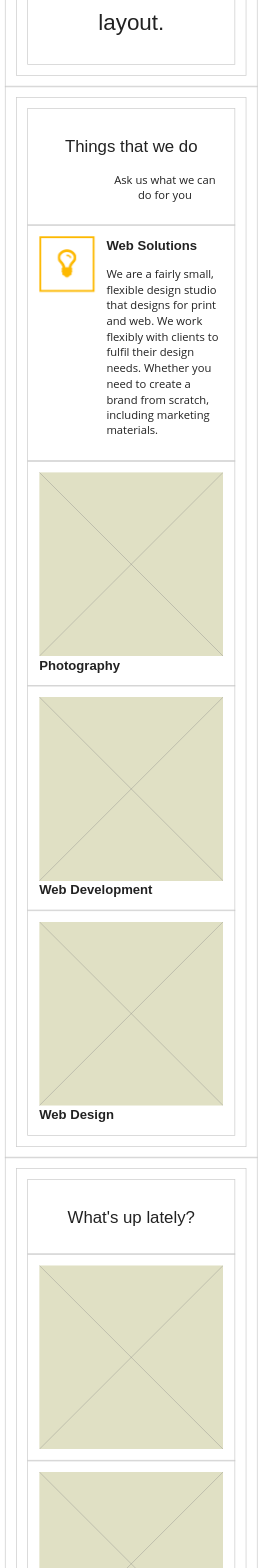
Repository: lpcmendoza/LAB02BF_Group9
Page: index.html
These files come from the project's save history. The page is drawn as it stood at one moment and after the next save; the edit follows.
The browser window is 375 px wide. The pictures show the part of the page from y = 912 to 3152 px (the page is 6952 px tall before and 6930 px after), at 70% of full size.

Above is the page before, as saved 2024-02-11 21:23:52.

### index.html
<!doctype html>
<html class="no-js" lang="en">

<head>
  <meta charset="utf-8">
  <meta name="viewport" content="width=device-width, initial-scale=1">
  <title>Metrolics</title>
  <link rel="stylesheet" href="css/style.css">
  <meta name="description" content="Group Blog">

  <meta property="og:title" content="Metrolics">
  <meta property="og:type" content="website">
  <meta property="og:url" content="">
  <meta property="og:image" content="">

  <link rel="icon" href="/favicon.ico" sizes="any">
  <link rel="icon" href="/icon.svg" type="image/svg+xml">
  <link rel="apple-touch-icon" href="icon.png">

  <link rel="manifest" href="site.webmanifest">
  <meta name="theme-color" content="#fafafa">
</head>

<body>

  <header class="page-header page-header-home">
    <div class="inner-container">
      <div class="content-container">
        <h1>Metrolics</h1>
      </div>
      <div class="content-container">
        <button class="navigation-button">Home</button>
        <button class="navigation-button">Pages</button>
        <button class="navigation-button">Portfolio</button>
        <button class="navigation-button">Blog</button>
        <button class="navigation-button">E-mail</button>
      </div>
    </div>
  </header>

  <div class="section section-image">
    <div class="inner-container">
      <div class="content-container">
        <img src="img/placeholder.svg" alt="placeholder image">
      </div>
    </div>
  </div>

  <div class="section section-title">
    <div class="inner-container">
      <div class="content-container">
        <h1>Hey guys! This is the Metrolics theme. It sports a responsive layout with a mobile layout.</h1>
      </div>
    </div>
  </div>

  <div class="section section-ourthings">
    <div class="inner-container">
      <div class="what-we-do-container-header">
        <h2>Things that we do</h2>
        <p>Ask us what we can do for you</p>
      </div>
      <div class="what-we-do-container-body">
        <img class="icons" src="img/icon-web-solutions.png" alt="Web Solutions Icon">
        <h3>Web Solutions</h3>
        <p>We are a fairly small, flexible design studio that designs for print and web. We work flexibly with clients to fulfil their design needs. Whether you need to create a brand from scratch, including marketing materials.</p>
      </div>
      <div class="content-container">
        <img src="img/placeholder.svg" alt="placeholder image">
        <h3>Photography</h3>
      </div>
      <div class="content-container">
        <img src="img/placeholder.svg" alt="placeholder image">
        <h3>Web Development</h3>
      </div>
      <div class="content-container">
        <img src="img/placeholder.svg" alt="placeholder image">
        <h3>Web Design</h3>
      </div>
    </div>
  </div>

  <div class="section section-news">
    <div class="inner-container">
      <div class="content-container">
        <h2>What's up lately?</h2>
      </div>
      <div class="content-container">
        <img src="img/placeholder.svg" alt="placeholder image">
      </div>
      <div class="content-container">
        <img src="img/placeholder.svg" alt="placeholder image">
      </div>
      <div class="content-container">
        <img src="img/placeholder.svg" alt="placeholder image">
      </div>
    </div>
  </div>

  <div class="section section-projects">
    <div class="inner-container">
      <div class="content-container">
        <h2>Our latest projects</h2>
      </div>
      <div class="content-container">
        <img src="img/placeholder.svg" alt="placeholder image">
      </div>
      <div class="content-container">
        <img src="img/placeholder.svg" alt="placeholder image">
      </div>
      <div class="content-container">
        <img src="img/placeholder.svg" alt="placeholder image">
      </div>
      <div class="content-container">
        <img src="img/placeholder.svg" alt="placeholder image">
      </div>
      <div class="content-container">
        <img src="img/placeholder.svg" alt="placeholder image">
      </div>
      <div class="content-container">
        <img src="img/placeholder.svg" alt="placeholder image">
      </div>
    </div>
  </div>

  <div class="section section-things">
    <div class="inner-container">
      <div class="content-container">
        <h2>Things of above</h2>
      </div>
      <div class="content-container">
        <p>content</p>
      </div>
      <div class="content-container">
        <p>content</p>
      </div>
    </div>
  </div>

  <div class="section section-clients">
    <div class="inner-container">
      <div class="content-container">
        <p>client</p>
      </div>
      <div class="content-container">
        <p>client</p>
      </div>
      <div class="content-container">
        <p>client</p>
      </div>
      <div class="content-container">
        <p>client</p>
      </div>
      <div class="content-container">
        <p>client</p>
      </div>
    </div>
  </div>

  <footer>
    <div class="page-footer page-footer-home">
      <div class="inner-container">
        <div class="content-container">
          <h2>footer</h2>
        </div>
        <div class="content-container">
          <p>content</p>
        </div>
        <div class="content-container">
          <p>content</p>
        </div>
        <div class="content-container">
          <p>content</p>
        </div>
        <div class="content-container">
          <p>content</p>
        </div>
      </div>
    </div>
  </footer>

  <script src="js/app.js"></script>

</body>

</html>

### css/style.css
/* ==========================================================================
    [Table of contents]

    1. BASE
        1.1 Page Rendering Defaults
        1.2 Core Styling
        1.3 Typography
    2. LAYOUT
        2.1 Core Layout
        2.2 Small only
        2.3 medium and up
        2.4 Medium only
        2.5 large screens and up
        2.6 Large only
    3. MODULES
    4. STATES
    5. THEME
    6. UTILITY classes
    7. PRINT

    refer to http://smacss.com/
    ========================================================================== */


/* ==========================================================================
   BASE
   ========================================================================== */


/* 1.1 Page Rendering Defaults */

html {
  color: #222;
  font-size: 1em;
  line-height: 1.4;
}

/*
* Remove text-shadow in selection highlight:
* https://twitter.com/miketaylr/status/12228805301
*
* Customize the background color to match your design.
*/

::-moz-selection {
background: #b3d4fc;
text-shadow: none;
}

::selection {
background: #b3d4fc;
text-shadow: none;
}

/*
* A better looking default horizontal rule
*/

hr {
display: block;
height: 1px;
border: 0;
border-top: 1px solid #ccc;
margin: 1em 0;
padding: 0;
}

/*
* Remove the gap between audio, canvas, iframes,
* images, videos and the bottom of their containers:
* https://github.com/h5bp/html5-boilerplate/issues/440
*/

audio,
canvas,
iframe,
img,
svg,
video {
vertical-align: middle;
}

/*
* Remove default fieldset styles.
*/

fieldset {
border: 0;
margin: 0;
padding: 0;
}

/*
* Allow only vertical resizing of textareas.
*/

textarea {
resize: vertical;
}

/* 1.2 Core Styling */

/* refer to https://css-tricks.com/box-sizing/ */
*,
*:before,
*:after {
  box-sizing: border-box;
}

img {
  width: 100%;
}


/* 1.3 Typgraphy */

h1,
h2,
h3,
h4,
h5,
h6 {
  font-family: Ubuntu, sans-serif;
  font-weight: 300;
  text-align: center;
}

p {
  font-family: 'Open Sans', Arial, Helvetica, sans-serif;
}


/* ==========================================================================
 2. LAYOUT
 ========================================================================== */


/* Helper to display empty layout containers*/

div,
main,
section,
footer,
header {
  outline: 1px solid #ccc;
  min-height: 1rem;
  padding: 1rem;
}


/* 2.1 Core layout */

.row {
  display: grid;
  row-gap: 1rem;
}

.col {
  position: relative;
  background-color: rgb(242, 230, 177);
}


/* ==========================================================================
 EXAMPLE Media Queries for Responsive Design.
 These examples override the primary ('mobile first') styles.
 Modify as content requires.
 Taken from https://get.foundation/sites/docs-v5/media-queries.html
 (the latest version is adjusted and no longer matches the ones used below)
 ========================================================================== */


/* 2.2 Small only */

@media screen and (max-width: 39.9375em) {
  .s-hide {
      display: none;
  }

  .what-we-do-container-header {
    align-content: center;
    text-align: center;
  }

  .icons {
      max-width: 5em;
      max-height: 5em;
      float: left;
      margin-right: 1em;
  }

  h3 {
      text-align: left;
      margin: 0;
      font-weight: bold;
  }

  p {
    margin-left: 6em;
  }

  .what-we-do-container-body {
      text-align: left;
  }
}


/* 2.3 medium and up */

@media screen and (min-width: 40em) {
  .row {
      max-width: 70rem;
      column-gap: 1.5rem;
      row-gap: 1.5rem;
      margin: 0 auto;
  }
  .grid {
      display: grid;
      column-gap: 0.5rem;
      row-gap: 0.5rem;
  }
  .m-col-2 {
      grid-template-columns: 1fr 1fr;
  }
  .m-col-3 {
      grid-template-columns: repeat(3, 1fr);
  }
  .m-col-4 {
      grid-template-columns: repeat(4, 1fr);
  }
  .m-col-5 {
      grid-template-columns: repeat(5, 1fr);
  }
  .m-1-2 {
      grid-template-columns: 1fr 2fr;
  }
}


/* 2.4 Medium only */

@media screen and (min-width: 40em) and (max-width: 63.9375em) {
  .m-row-span {
      grid-column-start: 1;
      grid-column-end: -1;
  }
  .m-hide {
      display: none;
  }
}


/* 2.5 large screens and up 2.6 Large only */

@media screen and (min-width: 64em) {
  .l-col-2 {
      grid-template-columns: 1fr 1fr;
  }
  .l-col-3 {
      grid-template-columns: repeat(3, 1fr);
  }
  .l-col-4 {
      grid-template-columns: repeat(4, 1fr);
  }
  .l-col-5 {
      grid-template-columns: repeat(5, 1fr);
  }
  .l-col-6 {
      grid-template-columns: repeat(6, 1fr);
  }
  .l-row-span {
      grid-column-start: 1;
      grid-column-end: -1;
  }
  .l-hide {
      display: none;
  }
}


/* ==========================================================================
 2. MODULES
 ========================================================================== */


/* ==========================================================================
 2. STATES
 ========================================================================== */


/* ==========================================================================
 2. THEME
 ========================================================================== */


/* ==========================================================================
 6. UTILITY classes
 ========================================================================== */
/*
* Hide visually and from screen readers
*/

.hidden,
[hidden] {
display: none !important;
}

/*
* Hide only visually, but have it available for screen readers:
* https://snook.ca/archives/html_and_css/hiding-content-for-accessibility
*
* 1. For long content, line feeds are not interpreted as spaces and small width
*    causes content to wrap 1 word per line:
*    https://medium.com/@jessebeach/beware-smushed-off-screen-accessible-text-5952a4c2cbfe
*/

.visually-hidden {
border: 0;
clip: rect(0, 0, 0, 0);
height: 1px;
margin: -1px;
overflow: hidden;
padding: 0;
position: absolute;
white-space: nowrap;
width: 1px;
/* 1 */
}

/*
* Extends the .visually-hidden class to allow the element
* to be focusable when navigated to via the keyboard:
* https://www.drupal.org/node/897638
*/

.visually-hidden.focusable:active,
.visually-hidden.focusable:focus {
clip: auto;
height: auto;
margin: 0;
overflow: visible;
position: static;
white-space: inherit;
width: auto;
}

/*
* Hide visually and from screen readers, but maintain layout
*/

.invisible {
visibility: hidden;
}

/*
* Clearfix: contain floats
*
* The use of `table` rather than `block` is only necessary if using
* `::before` to contain the top-margins of child elements.
*/

.clearfix::before,
.clearfix::after {
content: "";
display: table;
}

.clearfix::after {
clear: both;
}

@media print,
(-webkit-min-device-pixel-ratio: 1.25),
(min-resolution: 1.25dppx),
(min-resolution: 120dpi) {
/* Style adjustments for high resolution devices */
}

/* ==========================================================================
 Print styles.
 Inlined to avoid the additional HTTP request:
 https://www.phpied.com/delay-loading-your-print-css/
 ========================================================================== */

@media print {
*,
*::before,
*::after {
  background: #fff !important;
  color: #000 !important;
  /* Black prints faster */
  box-shadow: none !important;
  text-shadow: none !important;
}

a,
a:visited {
  text-decoration: underline;
}

a[href]::after {
  content: " (" attr(href) ")";
}

abbr[title]::after {
  content: " (" attr(title) ")";
}

/*
 * Don't show links that are fragment identifiers,
 * or use the `javascript:` pseudo protocol
 */
a[href^="#"]::after,
a[href^="javascript:"]::after {
  content: "";
}

pre {
  white-space: pre-wrap !important;
}

pre,
blockquote {
  border: 1px solid #999;
  page-break-inside: avoid;
}

tr,
img {
  page-break-inside: avoid;
}

p,
h2,
h3 {
  orphans: 3;
  widows: 3;
}

h2,
h3 {
  page-break-after: avoid;
}
}

Loaded but not shown: js/app.js (no stored copy; drawn as an empty file)

After the next save:
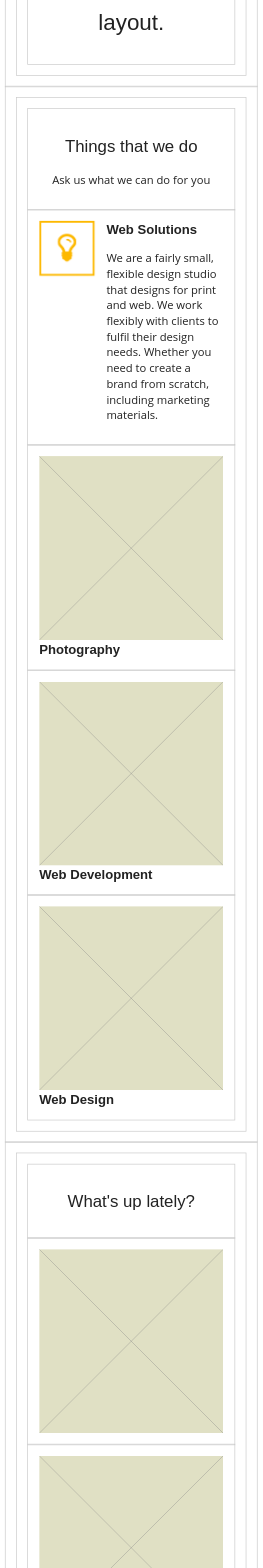
Saved 42 s later.
--- a/css/style.css
+++ b/css/style.css
@@ -195,13 +195,13 @@
       font-weight: bold;
   }
 
-  p {
-    margin-left: 6em;
-  }
-
   .what-we-do-container-body {
       text-align: left;
   }
+
+  .what-we-do-container-body p {
+    margin-left: 6em;
+}
 }
 
 
